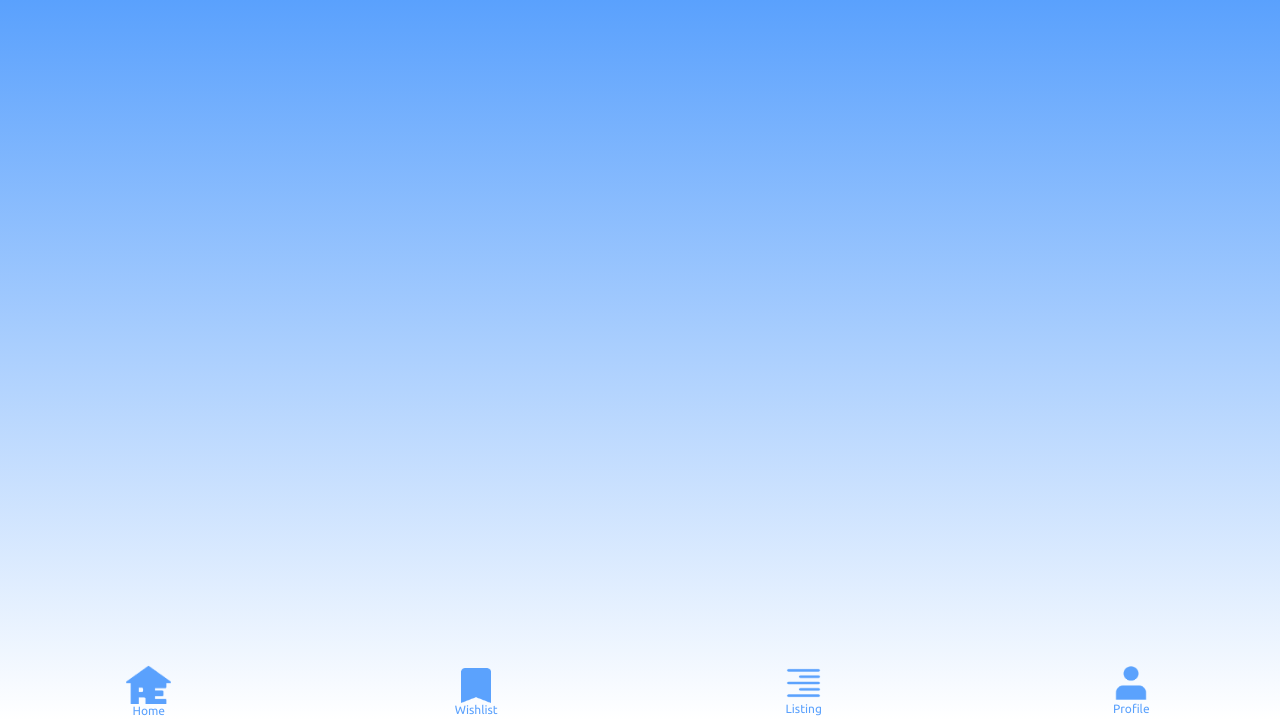
Repository: msyukurrr/realeasy
Page: /listing
The author's editor kept a copy of each file at every save. The page is drawn from the files as they stood at one save, then again after the next save.
The browser window is 1280 px wide. The pictures show the whole page.
The project was rebuilt for these pictures with package versions that can differ from the ones it lists, and the page was loaded fresh each time. The framework's server and built-in components were replaced by stand-ins that run in the browser. Also part of the build but not shown: next.config.js.

Above is the page before, as saved 2023-01-27 20:01:25.

### pages/listing.js
import Heading from "../components/Heading";
import NavBar from "../components/NavBar";
import styles from "../styles/Home.module.css"


export default function Listing(){
    return(
        <><div className={styles.listing}>












        </div>
        <NavBar></NavBar>

        </>
    )
}

### styles/globals.css
@import url('https://fonts.googleapis.com/css2?family=Ubuntu:ital,wght@0,300;0,400;0,500;0,700;1,300;1,400;1,500;1,700&display=swap');

html,
body {
  padding: 0;
  margin: 0;
  font-family: "Ubuntu", sans-serif;
  background-color: #E6EEF8;
}

a {
  color: inherit;
  text-decoration: none;
}

* {
  box-sizing: border-box;
}

@media (prefers-color-scheme: dark) {
  html {
    color-scheme: dark;
  }
  body {
    color: white;
    background: E6EEF8;
  }
}

### components/NavBar.js
import styled from "styled-components";
import Link from "next/link";

const NavBarCont = styled.div`
position: fixed;
bottom: 0;
width: 100%;
`
const NavCont = styled.nav`
display: flex;
justify-content: space-around;
width: 100%;
background-color: transparent;
height: 60px;
`
const HomeCont = styled.div`
width: 50px;
height: 50px;
display:flex;
flex-direction: column;
justify-content: center;
align-items: center;
margin-top: ${props=>props.margintop};
`
const WishlistCont = styled.div`
width: 50px;
height: 50px;
display:flex;
flex-direction: column;
justify-content: center;
align-items: center;
margin-left: 30px;
margin-top: ${props=>props.margintop};
margin-bottom: ${props=>props.marginbottom};
`
const ListingCont = styled.div`
width: 50px;

display:flex;
flex-direction: column;
justify-content: center;
align-items: center;
margin-left: 30px;
margin-top: ${props=>props.margintop};
`
const ProfileCont = styled.div`
display:flex;
margin-left: 30px;
margin-top: ${props=>props.margintop};
`

const Icon = styled.img`
display: flex;
justify-content: center;
height: ${props=>props.height};
width: ${props=>props.width};
display: flex;
`

const NavList = styled.span`
display: flex;
align-self: center;
color: #5AA1FD;
font-size: 12px;
`


export default function NavBar({
    mt="5px",
    mb=""
}){
    return <NavBarCont>
    <NavCont>
        <Link href="/">
            <HomeCont margintop="6px">
                <Icon src='./logo.png' height="45px" width="45px"/>
                <NavList>Home</NavList>
            </HomeCont>
        </Link>
        <Link href="/wishlist">
            <WishlistCont margintop="7px">
                <Icon src='./wishlist.png' height="35px" width="30px"></Icon>
                <NavList>Wishlist</NavList>
            </WishlistCont>
        </Link>
        <Link href="/listing">
            <ListingCont margintop="4px">
                <Icon src='./listing.png' height="38px" width="45px"></Icon>
                <NavList>Listing</NavList>
            </ListingCont>
        </Link>
        <Link href="/profile">
            <ListingCont margintop="4px">
                <Icon src='./user.png' height="38px" width="40px"></Icon>
                <NavList>Profile</NavList>
            </ListingCont>
        </Link>
    </NavCont>
    </NavBarCont>
}

### styles/Home.module.css
.container {
  padding: 0 2rem;
}

.main {
  min-height: 100vh;
  padding: 4rem 0;
  flex: 1;
  display: flex;
  flex-direction: column;
  justify-content: center;
  align-items: center;
}


.listing {
  min-height: 100vh;
  padding: 4rem 0;
  flex: 1;
  display: flex;
  flex-direction: column;
  justify-content: center;
  align-items: center;
  background-image: linear-gradient(#5AA1FD, white);
}

.footer {
  display: flex;
  flex: 1;
  padding: 2rem 0;
  border-top: 1px solid #eaeaea;
  justify-content: center;
  align-items: center;
}

.footer a {
  display: flex;
  justify-content: center;
  align-items: center;
  flex-grow: 1;
}

.title a {
  color: #0070f3;
  text-decoration: none;
}

.title a:hover,
.title a:focus,
.title a:active {
  text-decoration: underline;
}

.title {
  margin: 0;
  line-height: 1.15;
  font-size: 4rem;
}

.title,
.description {
  text-align: center;
}

.description {
  margin: 4rem 0;
  line-height: 1.5;
  font-size: 1.5rem;
}

.code {
  background: #fafafa;
  border-radius: 5px;
  padding: 0.75rem;
  font-size: 1.1rem;
  font-family: Menlo, Monaco, Lucida Console, Liberation Mono, DejaVu Sans Mono,
    Bitstream Vera Sans Mono, Courier New, monospace;
}

.grid {
  display: flex;
  align-items: center;
  justify-content: center;
  flex-wrap: wrap;
  max-width: 800px;
}

.card {
  margin: 1rem;
  padding: 1.5rem;
  text-align: left;
  color: inherit;
  text-decoration: none;
  border: 1px solid #eaeaea;
  border-radius: 10px;
  transition: color 0.15s ease, border-color 0.15s ease;
  max-width: 300px;
}

.card:hover,
.card:focus,
.card:active {
  color: #0070f3;
  border-color: #0070f3;
}

.card h2 {
  margin: 0 0 1rem 0;
  font-size: 1.5rem;
}

.card p {
  margin: 0;
  font-size: 1.25rem;
  line-height: 1.5;
}

.logo {
  height: 1em;
  margin-left: 0.5rem;
}

@media (max-width: 600px) {
  .grid {
    width: 100%;
    flex-direction: column;
  }
}

@media (prefers-color-scheme: dark) {
  .card,
  .footer {
    border-color: #222;
  }
  .code {
    background: #111;
  }
  .logo img {
    filter: invert(1);
  }
}

### components/Heading.js
import styled from "styled-components";

const Container = styled.div`
display: flex;
margin-left: 50px;
width: 300px;
height: 100px;

`

const Word = styled.h1`
color: #5AA1FD;
font-weight: ${props=>props.fontweight};
`

export default function Heading({
    h1="Recommended by people around you",
    fw="300",
    headingtxt="Recommended by people around you"
}){
    return<>
    <Container>
    <Word fontweight={fw}
    >{headingtxt}</Word>
    </Container>
    </>
}

Loaded but not shown: pages/_app.js (common file)

After the next save:
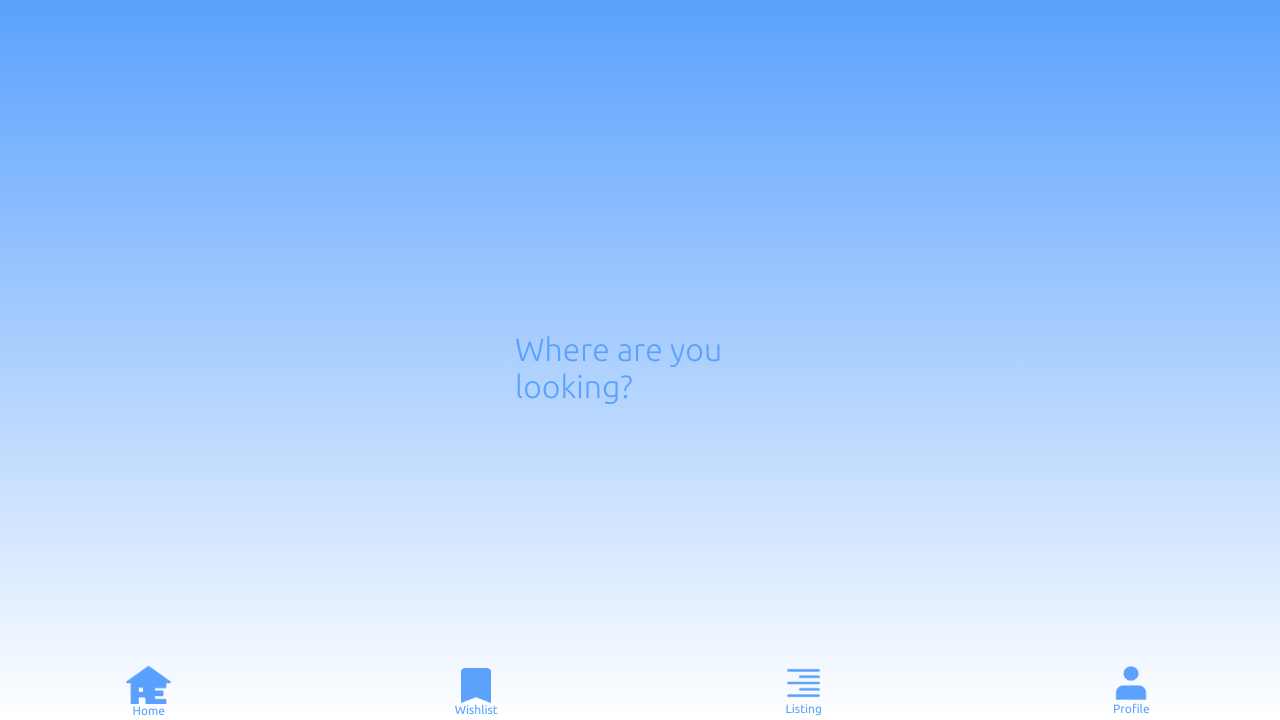
Saved 50 s later.
--- a/pages/listing.js
+++ b/pages/listing.js
@@ -7,7 +7,7 @@ export default function Listing(){
     return(
         <><div className={styles.listing}>
 
-
+        <Heading headingtxt="Where are you looking?"/>
 
 
 
